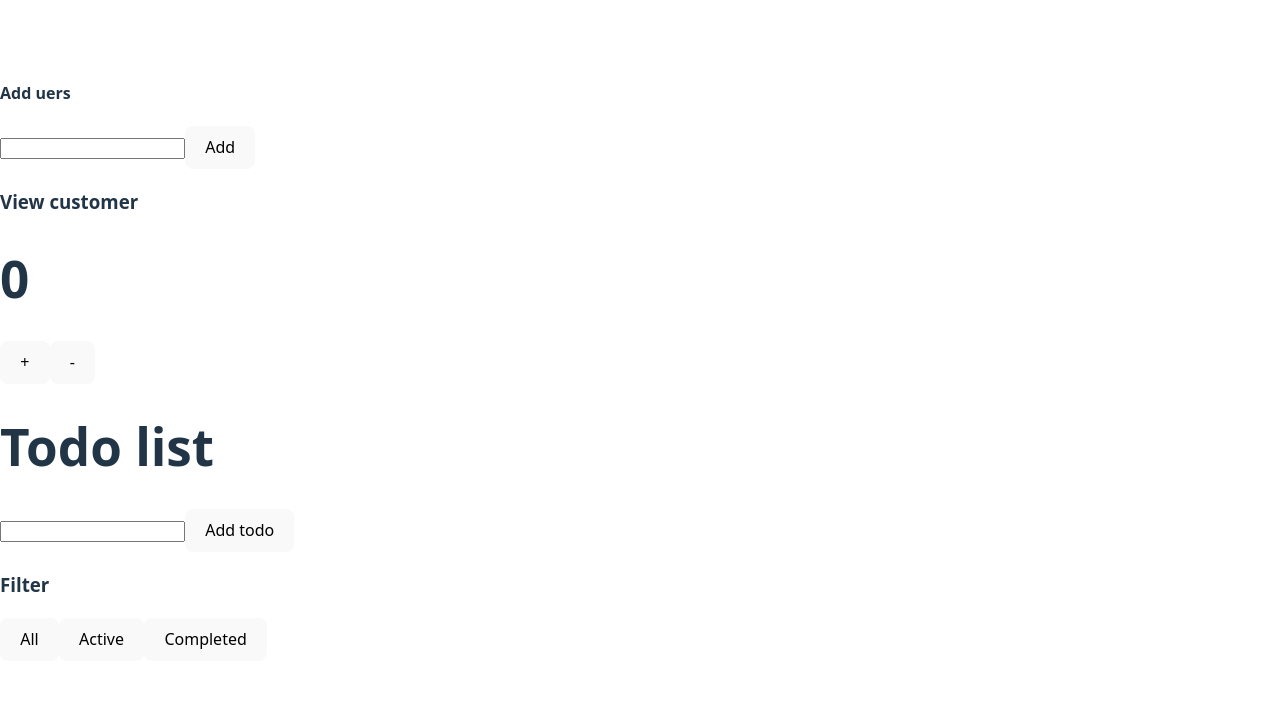
Repository: Sudharsan-3/redux
Page: / (app in vite-project/)
These files come from the project's save history. The page is drawn as it stood at one moment and after a run of saves; the edit follows.
The browser window is 1280 px wide. The pictures show the whole page.
The project was rebuilt for these pictures with package versions that can differ from the ones it lists, and the page was loaded fresh each time. Also part of the build but not shown: vite-project/vite.config.js.

Above is the page before, as saved 2025-07-03 12:07:02.

After the next 4 saves:
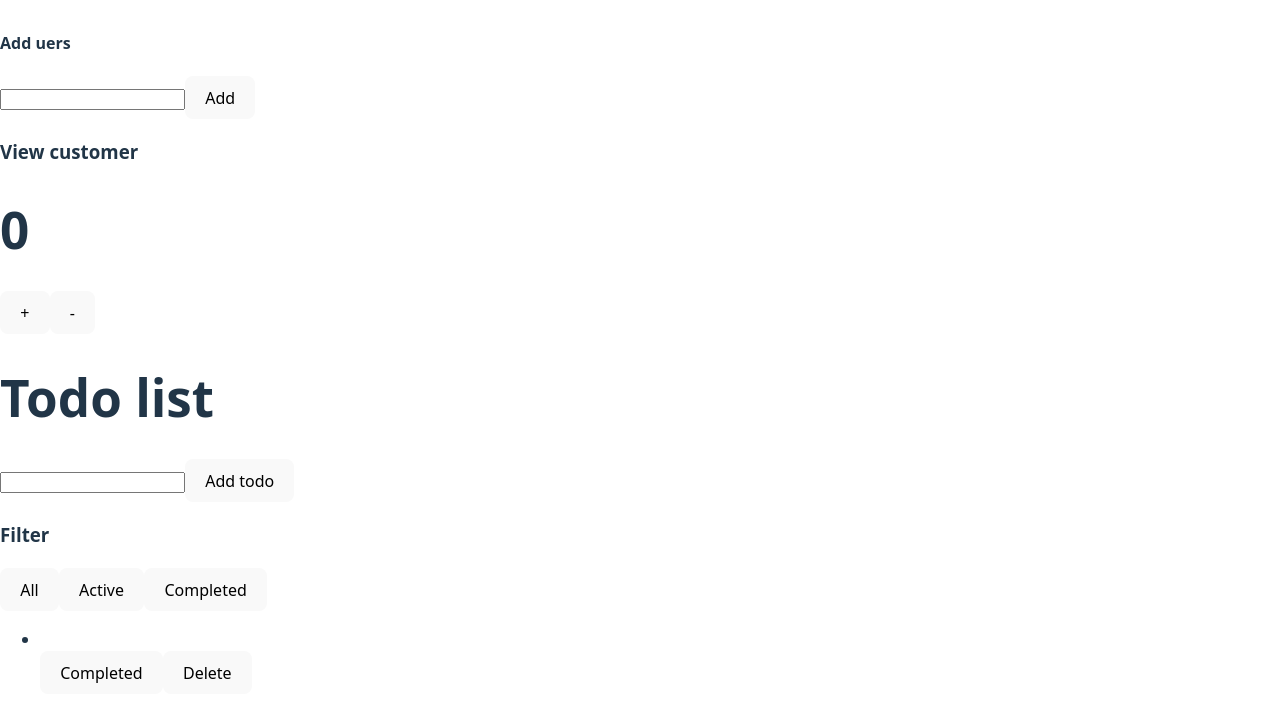
The 4 saves are shown as one change because they came seconds apart.
The last was saved 11 s later.
--- a/vite-project/src/components/TODO/Todolist.jsx
+++ b/vite-project/src/components/TODO/Todolist.jsx
@@ -1,13 +1,14 @@
 import React from 'react'
 
 import { useSelector } from 'react-redux'
+import TodoItem from './TodoItem'
 
 const TodoList = () => {
     const todo = useSelector((state)=>state.todos)
     console.log(todo)
   return (
     <div>
-
+        <TodoItem  />
 
 
     </div>
